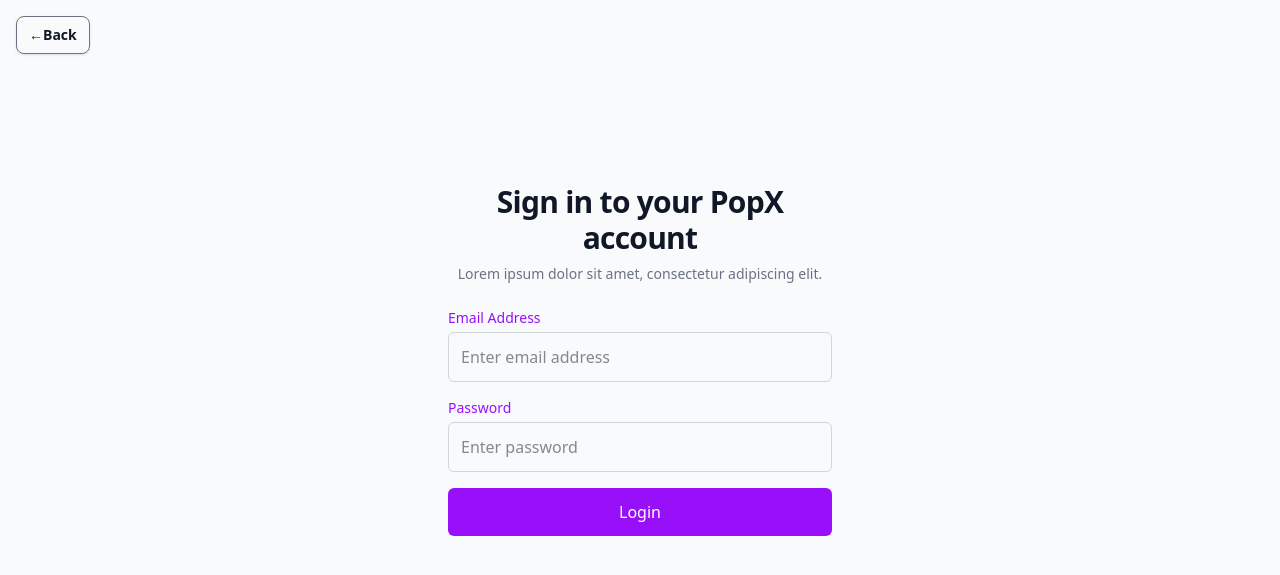
Repository: tanayburbure/inter
Page: /login
These files come from the project's save history. The page is drawn as it stood at one moment and after the next save; the edit follows.
The browser window is 1280 px wide. The pictures show the whole page.
The project was rebuilt for these pictures with package versions that can differ from the ones it lists, and the page was loaded fresh each time. Also part of the build but not shown: vite.config.js, src/pages/Welcome.jsx, src/pages/Signup.jsx, src/pages/Account.jsx.

Above is the page before, as saved 2025-06-17 23:02:04.

### src/App.jsx
import React from "react";
import { BrowserRouter as Router, Routes, Route, useLocation, useNavigate } from "react-router-dom";
import Welcome from "./pages/Welcome";
import Login from "./pages/Login";
import Signup from "./pages/Signup";
import Account from "./pages/Account";
import { UserProvider } from "./pages/UserContex";

// BackButton Component (only hidden on Welcome page)
function BackButton() {
  const location = useLocation();
  const navigate = useNavigate();

  // Hide on Welcome page
  if (location.pathname === "/") return null;

  return (
    <button
      onClick={() => navigate(-1)}
      className="absolute top-4 left-4 px-3 py-2 text-lg border border-gray-500 rounded-lg font-bold shadow text-sm hover:bg-[#CEBAFB]"
    >
      ←Back
    </button>
  );
}

// AppContent separated to use Router hooks
function AppContent() {
  return (
    <div className="relative min-h-screen bg-gray-100 text-gray-900">
      <BackButton />
      <Routes>
        <Route path="/" element={<Welcome />} />
        <Route path="/login" element={<Login />} />
        <Route path="/signup" element={<Signup />} />
        <Route path="/account" element={<Account />} />
      </Routes>
    </div>
  );
}

export default function App() {
  return (
    <UserProvider>
      <Router>
        <AppContent />
      </Router>
    </UserProvider>
  );
}

### src/pages/Login.jsx
import { useNavigate } from 'react-router-dom';
import { useUser } from './UserContex'; // adjust path
import { useState } from 'react';

export default function Login() {
  const navigate = useNavigate();
  const { userData } = useUser();
  const [error, setError] = useState('');

  const handleLogin = (e) => {
    e.preventDefault();

    const form = e.target;
    const email = form.email.value;
    const password = form.password.value;

    if (!userData) {
      setError('No account found. Please sign up first.');
      return;
    }

    if (email === userData.email && password === userData.password) {
      setError('');
      navigate('/account');
    } else {
      setError('Invalid email or password.');
    }
  };

  return (
    <div className="min-h-screen flex items-center justify-center bg-gray-50 px-4 sm:px-6 lg:px-8">
      <div className="w-full max-w-sm space-y-6">
        <div>
          <h2 className="text-center text-3xl font-bold tracking-tight">Sign in to your PopX account</h2>
          <p className="mt-2 text-center text-sm text-gray-500">
            Lorem ipsum dolor sit amet, consectetur adipiscing elit.
          </p>
        </div>

        <form className="space-y-4" onSubmit={handleLogin}>
          <div>
            <label className="text-sm text-purple-600 font-medium block mb-1">Email Address</label>
            <input
              name="email"
              type="email"
              placeholder="Enter email address"
              required
              className="w-full border border-gray-300 rounded-md p-3 focus:outline-none focus:ring-2 focus:ring-purple-500"
            />
          </div>
          <div>
            <label className="text-sm text-purple-600 font-medium block mb-1">Password</label>
            <input
              name="password"
              type="password"
              placeholder="Enter password"
              required
              className="w-full border border-gray-300 rounded-md p-3 focus:outline-none focus:ring-2 focus:ring-purple-500"
            />
          </div>

          {error && <p className="text-sm text-red-500">{error}</p>}

          <button
            type="submit"
            className="w-full bg-purple-600 hover:bg-purple-700 text-white py-3 rounded-md font-medium transition duration-200"
          >
            Login
          </button>
        </form>
      </div>
    </div>
  );
}

### src/pages/UserContex.jsx
import { createContext, useState, useContext } from "react";

const UserContext = createContext();

export function UserProvider({ children }) {
  const [userData, setUserData] = useState(null);
  return (
    <UserContext.Provider value={{ userData, setUserData }}>
      {children}
    </UserContext.Provider>
  );
}

export function useUser() {
  return useContext(UserContext);
}

Loaded but not shown: index.html (common file); src/main.jsx (common file); src/index.css (common file)

After the next save:
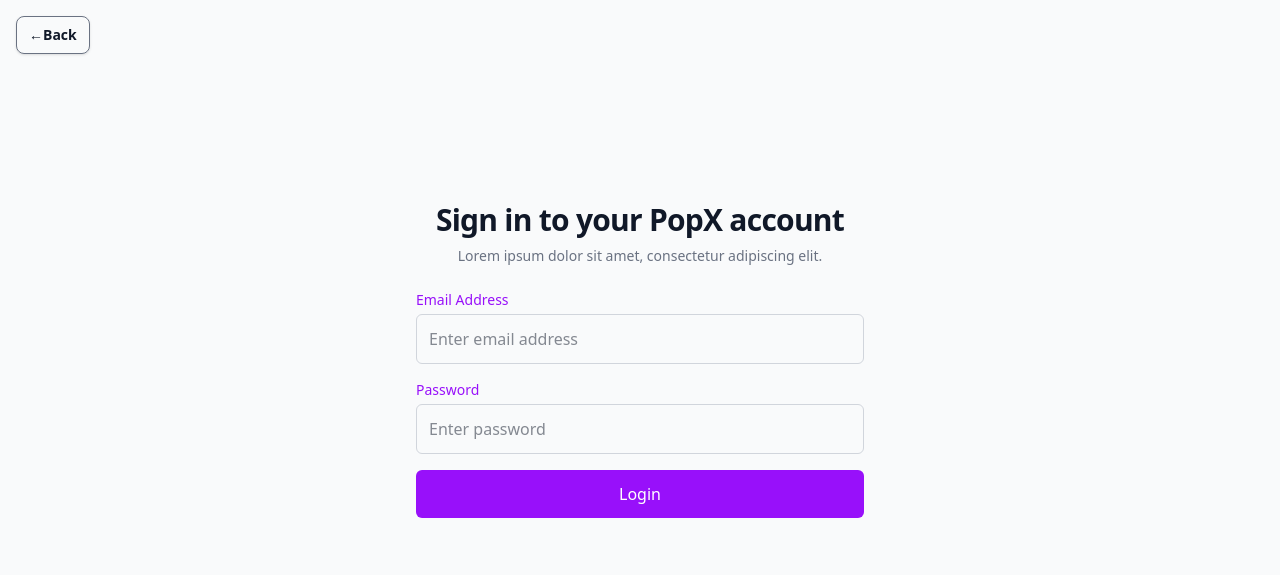
Saved 9 s later.
--- a/src/pages/Login.jsx
+++ b/src/pages/Login.jsx
@@ -29,7 +29,7 @@
 
   return (
     <div className="min-h-screen flex items-center justify-center bg-gray-50 px-4 sm:px-6 lg:px-8">
-      <div className="w-full max-w-sm space-y-6">
+      <div className="w-full max-w-md space-y-6">
         <div>
           <h2 className="text-center text-3xl font-bold tracking-tight">Sign in to your PopX account</h2>
           <p className="mt-2 text-center text-sm text-gray-500">

After the save that followed:
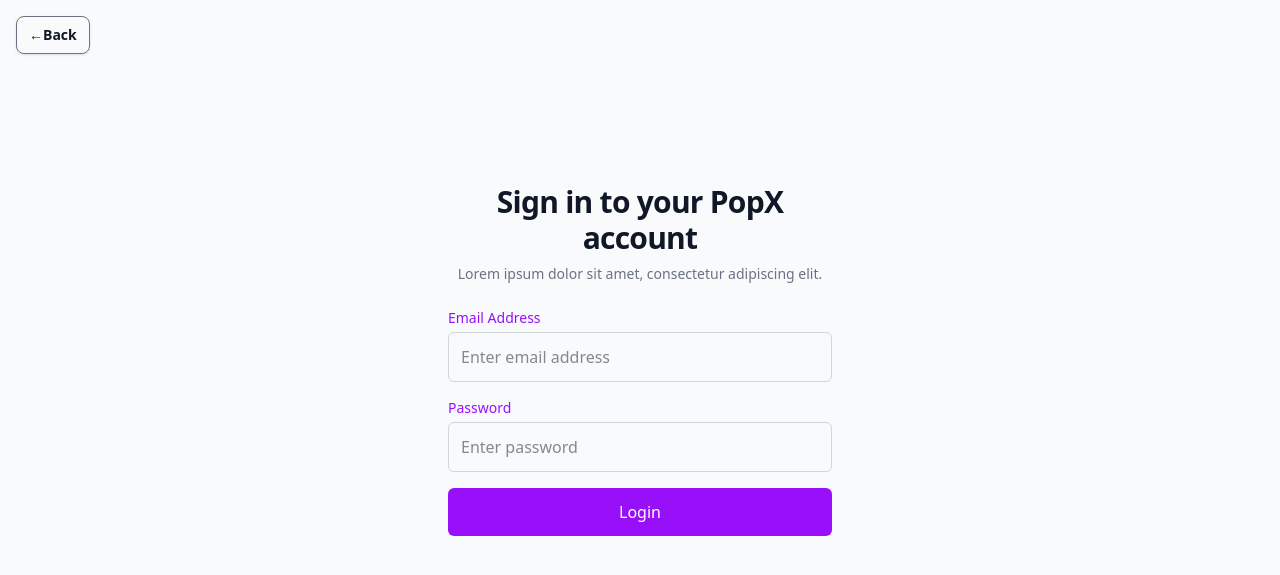
Saved 9 s later.
--- a/src/pages/Login.jsx
+++ b/src/pages/Login.jsx
@@ -29,7 +29,7 @@
 
   return (
     <div className="min-h-screen flex items-center justify-center bg-gray-50 px-4 sm:px-6 lg:px-8">
-      <div className="w-full max-w-md space-y-6">
+      <div className="w-full max-w-sm space-y-6">
         <div>
           <h2 className="text-center text-3xl font-bold tracking-tight">Sign in to your PopX account</h2>
           <p className="mt-2 text-center text-sm text-gray-500">
